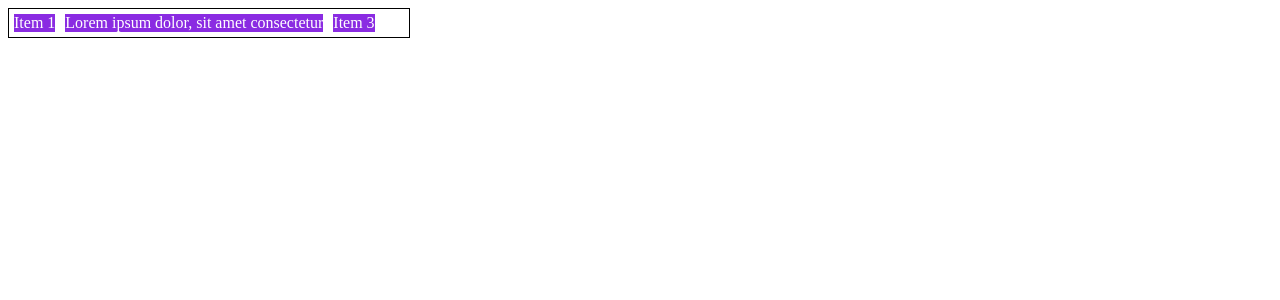
Repository: gabrielbino/projects-dio
Page: Flexbox/@align-items.html
These files come from the project's save history. The page is drawn as it stood at one moment and after the next save; the edit follows.
The browser window is 1280 px wide. The pictures show the whole page.

Above is the page before, as saved 2021-10-22 17:54:34.

### Flexbox/@align-items.html
<!DOCTYPE html>
<html lang="en">
  <head>
    <meta charset="UTF-8" />
    <meta name="viewport" content="width=device-width, initial-scale=1.0" />
    <title>Fundamentos - align items</title>
    <style>
      .container {
        display: flex;
        max-width: 400px;
        border: 1px solid black;
      }

      .item {
        background-color: blueviolet;
        color: white;
        margin: 5px;
        text-align: center;
      }
    </style>
  </head>
  <body>
    <section class="container">
      <div class="item">Item 1</div>
      <div class="item">Lorem ipsum dolor, sit amet consectetur</div>
      <div class="item">Item 3</div>
    </section>
  </body>
</html>

After the next save:
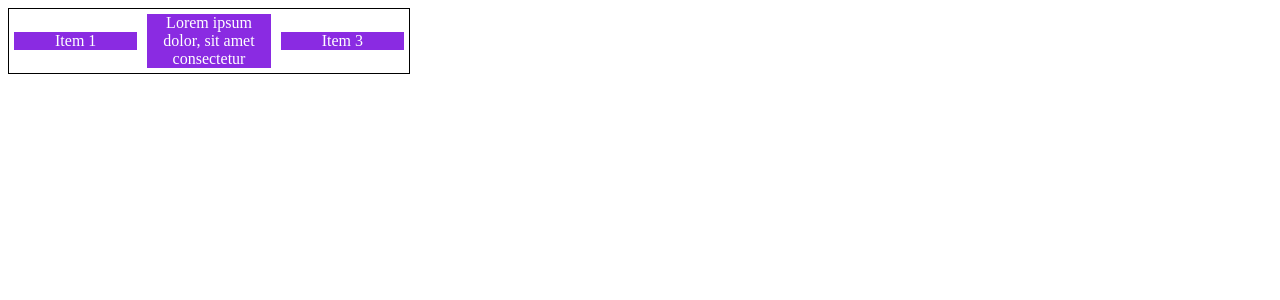
Saved 85 s later.
--- a/Flexbox/@align-items.html
+++ b/Flexbox/@align-items.html
@@ -16,11 +16,20 @@
         color: white;
         margin: 5px;
         text-align: center;
+        flex: 1;
+      }
+
+      .flex {
+        flex: 1;
+      }
+
+      .center {
+        align-items: center;
       }
     </style>
   </head>
   <body>
-    <section class="container">
+    <section class="container center">
       <div class="item">Item 1</div>
       <div class="item">Lorem ipsum dolor, sit amet consectetur</div>
       <div class="item">Item 3</div>

After the save that followed:
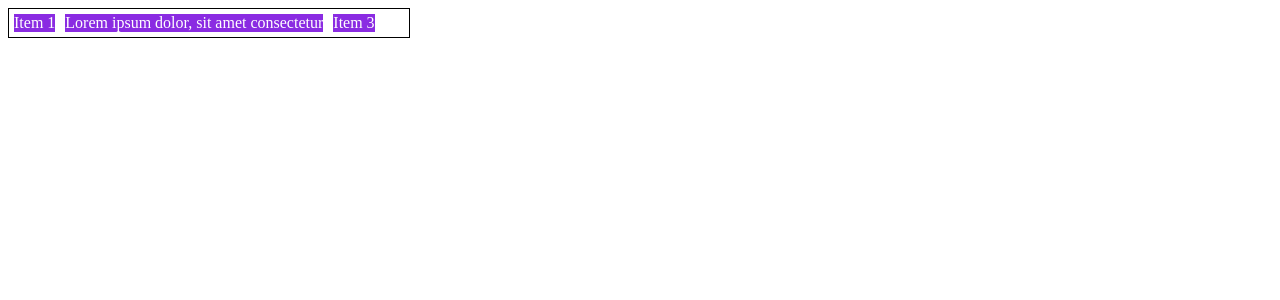
Saved 45 s later.
--- a/Flexbox/@align-items.html
+++ b/Flexbox/@align-items.html
@@ -16,7 +16,6 @@
         color: white;
         margin: 5px;
         text-align: center;
-        flex: 1;
       }
 
       .flex {
